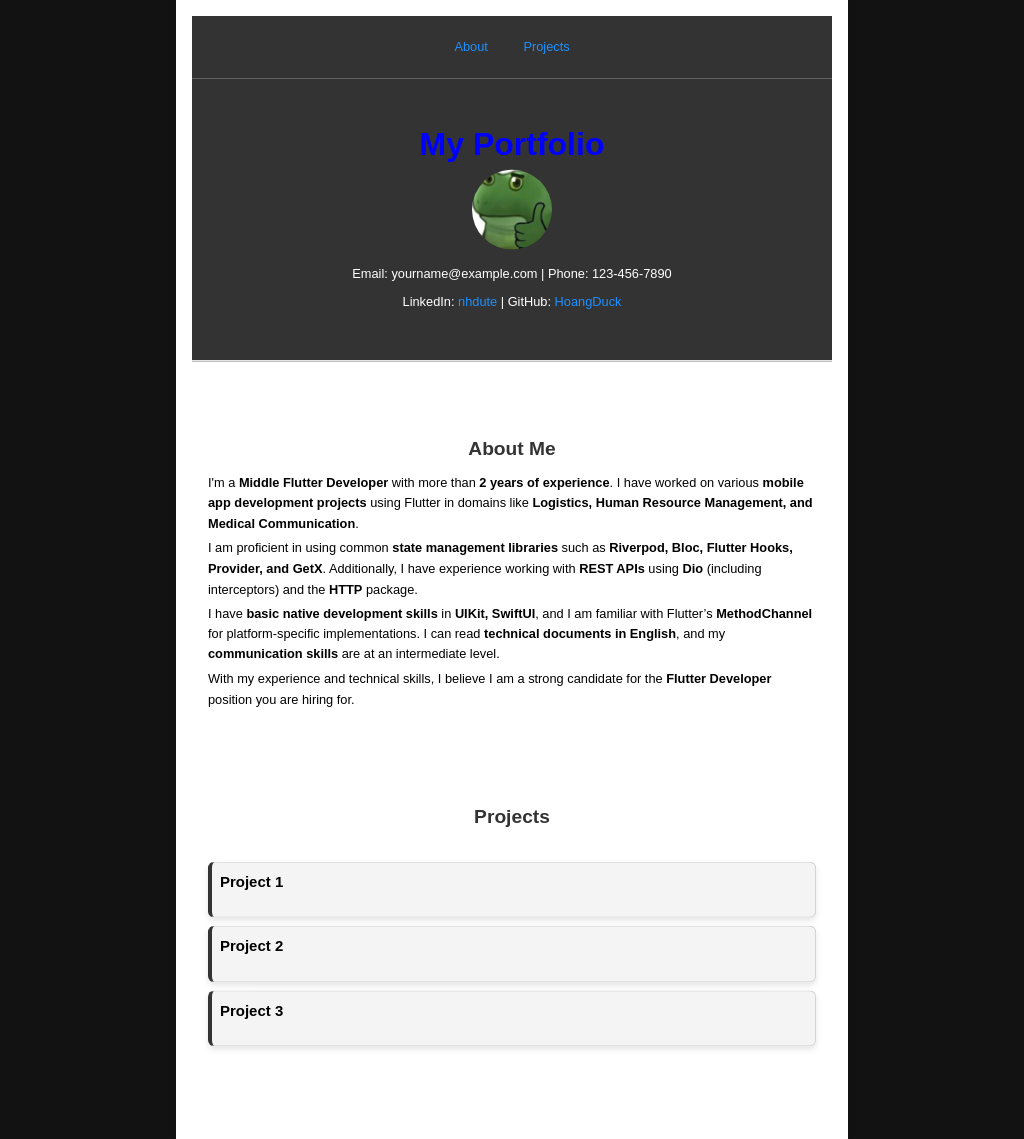
Repository: HoangDuck/portfolio
Page: index.html
The author's editor kept a copy of each file at every save. The page is drawn from the files as they stood at one save, then again after the next save.
The browser window is 1280 px wide. The pictures show the whole page, at 80% of full size.

Above is the page before, as saved 2025-03-09 22:22:46.

After the next save:
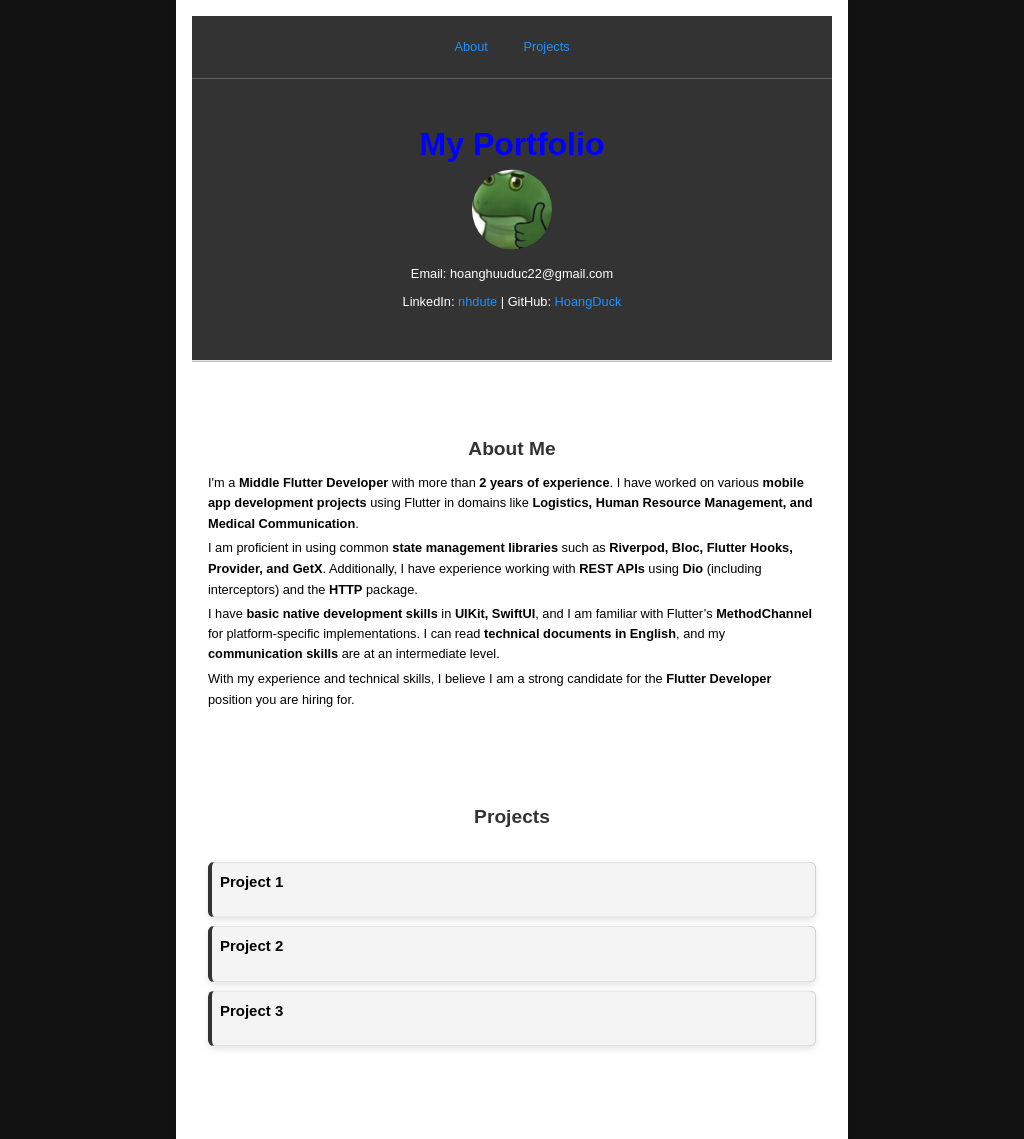
Saved 30 s later.
--- a/index.html
+++ b/index.html
@@ -17,7 +17,7 @@
         <header>
             <h1 style="color: blue;">My Portfolio</h1>
             <img src="avatar.jpg" alt="Avatar" style="width:100px;height:100px;border-radius:50%;">
-            <p id="contact-info">Email: yourname@example.com | Phone: 123-456-7890</p>
+            <p id="contact-info">Email: hoanghuuduc22@gmail.com</p>
             <p id="social-media">
                 LinkedIn: <a href="https://www.linkedin.com/in/nhdute/">nhdute</a> |
                 GitHub: <a href="https://github.com/HoangDuck">HoangDuck</a>
